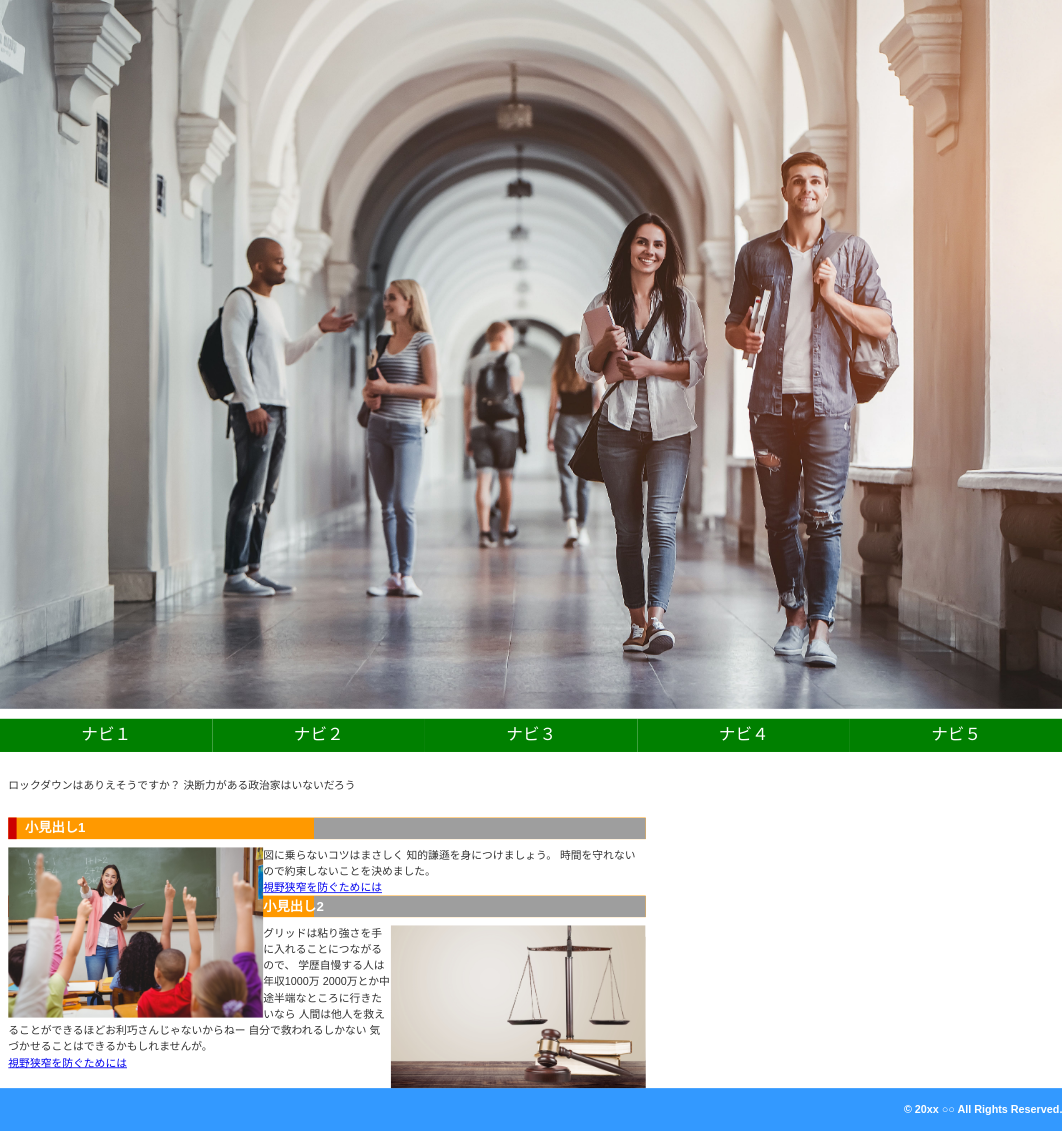
Repository: to-ya-musashi/samurai_HTML-CSS
Page: home.html
The author's editor kept a record of every edit. The page is drawn from the files as they stood at one moment, then again after the next edit.
The browser window is 1280 px wide. The pictures show the whole page, at 83% of full size.
Pictures or frames that could not be fetched are drawn as grey boxes.

Above is the page before.

After the next edit:
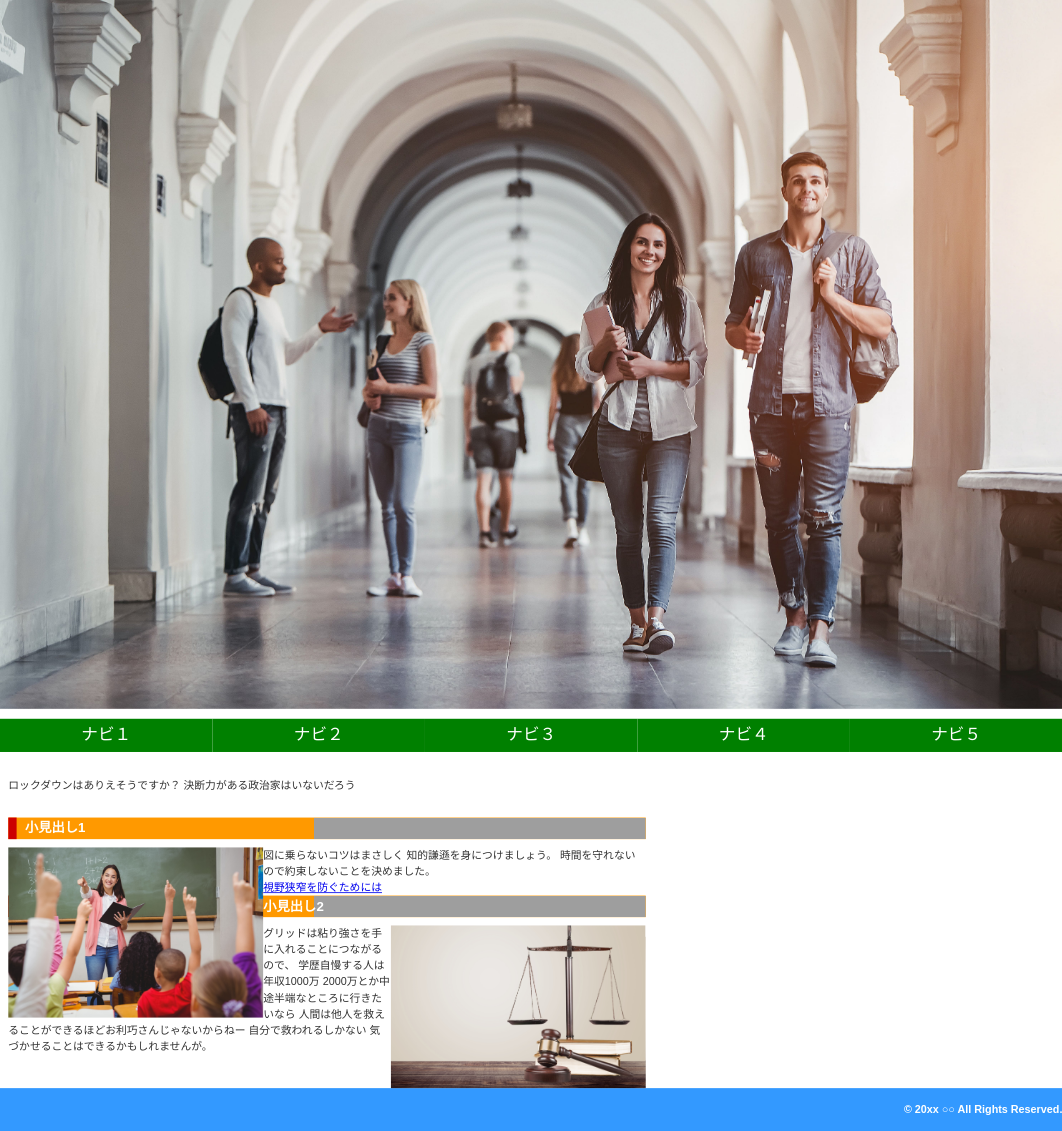
The edit:
--- a/home.html
+++ b/home.html
@@ -45,7 +45,7 @@
                             人間は他人を救えることができるほどお利巧さんじゃないからねー
                             自分で救われるしかない 気づかせることはできるかもしれませんが。
                         </p>
-                        <p><a href="#">視野狭窄を防ぐためには</a></p>
+                        <!--<p><a href="#">視野狭窄を防ぐためには</a></p>-->
                     </div>
 
                 </div>
